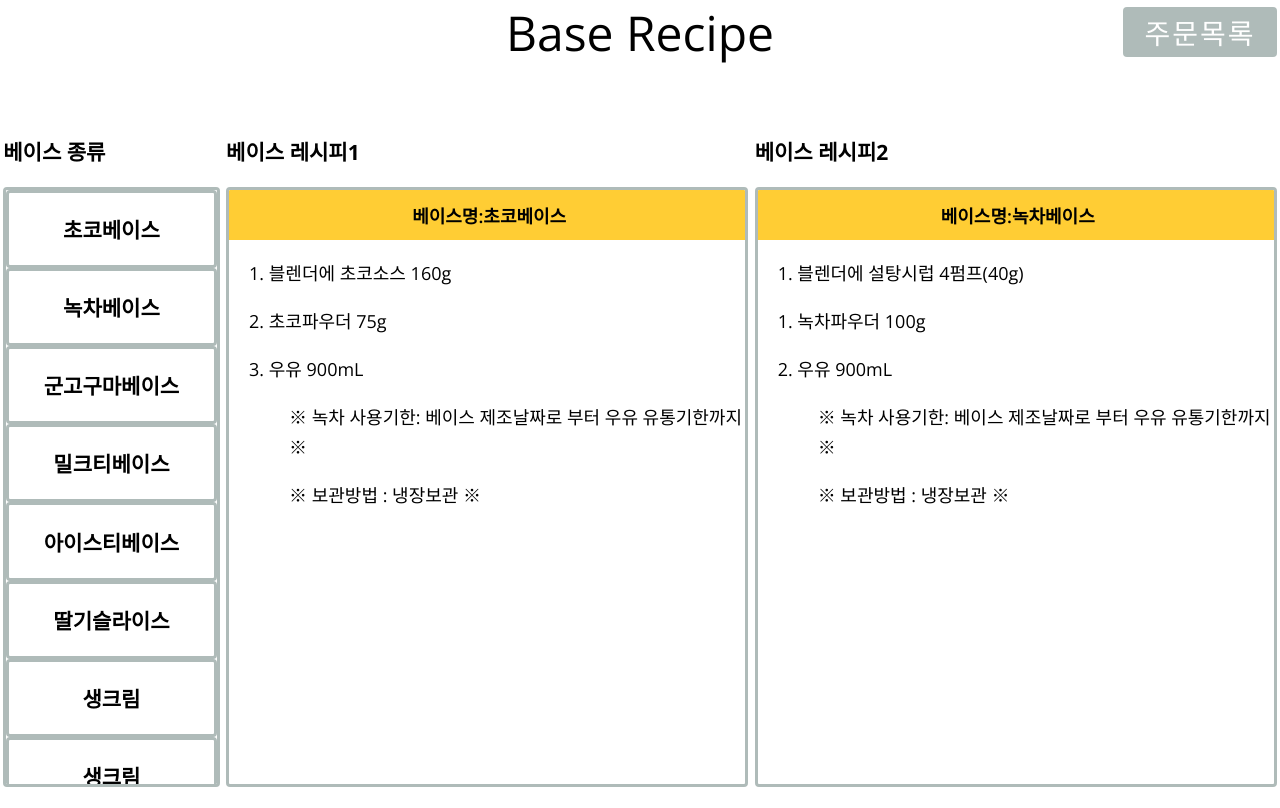
Repository: leebo-ram/tripleacoffee
Page: recipe/recipeBase.html
An editor plug-in stored every save of this project. The page is shown before and after the next save, followed by the edit.
The browser window is 1280 px wide. The pictures show the whole page.
Some web libraries are served in a nearby version.

Above is the page before, as saved 2023-01-14 05:19:16.

After the next save:
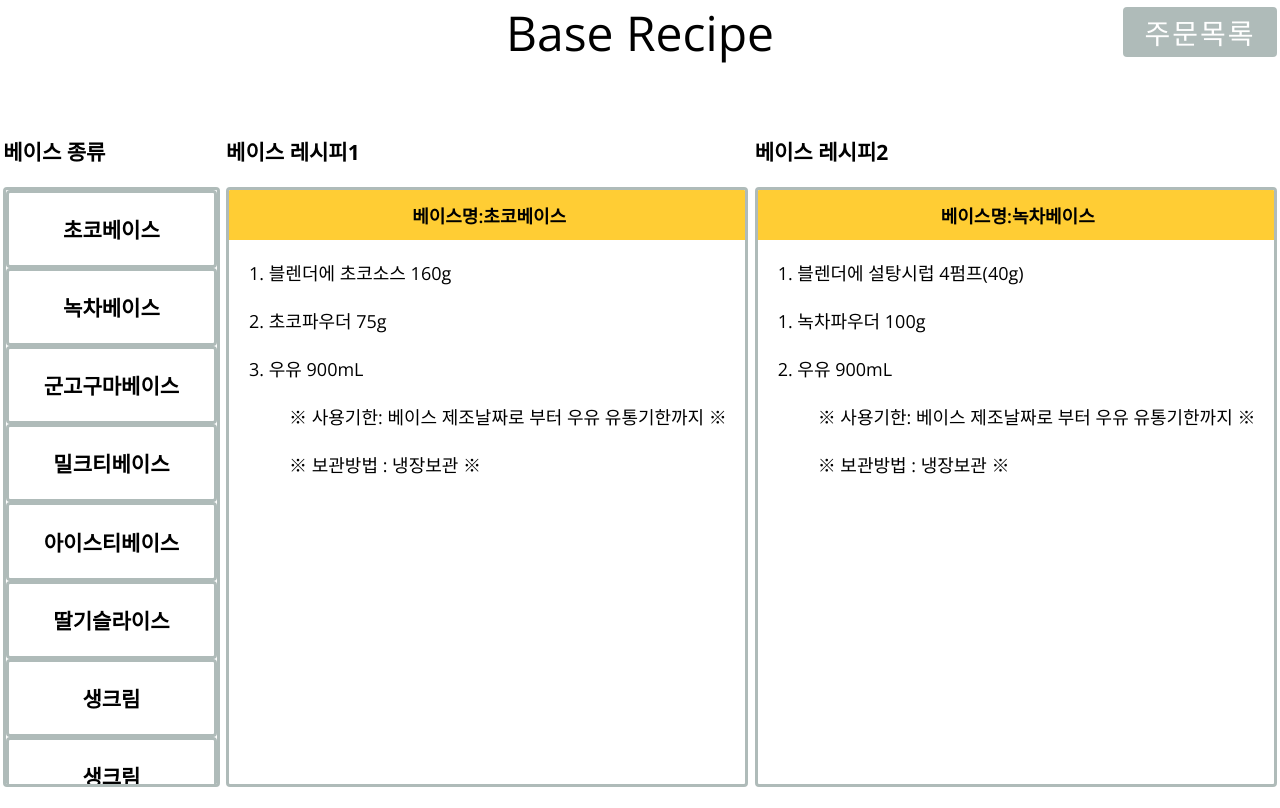
Saved 111 s later.
--- a/recipe/recipeBase.html
+++ b/recipe/recipeBase.html
@@ -82,7 +82,7 @@
         <p>2. 초코파우더 75g</p>
         <p>3. 우유 900mL<p>
           <ol>
-            <p>※ 녹차 사용기한: 베이스 제조날짜로 부터 우유 유통기한까지 ※<p>
+            <p>※ 사용기한: 베이스 제조날짜로 부터 우유 유통기한까지 ※<p>
             <p>※ 보관방법 : 냉장보관 ※</p>
           </ol>
         </div>
@@ -96,7 +96,7 @@
         <p>1. 녹차파우더 100g</p>
         <p>2. 우유 900mL<p>
           <ol>
-            <p>※ 녹차 사용기한: 베이스 제조날짜로 부터 우유 유통기한까지 ※<p>
+            <p>※ 사용기한: 베이스 제조날짜로 부터 우유 유통기한까지 ※<p>
             <p>※ 보관방법 : 냉장보관 ※</p>
           </ol>
       </div>
